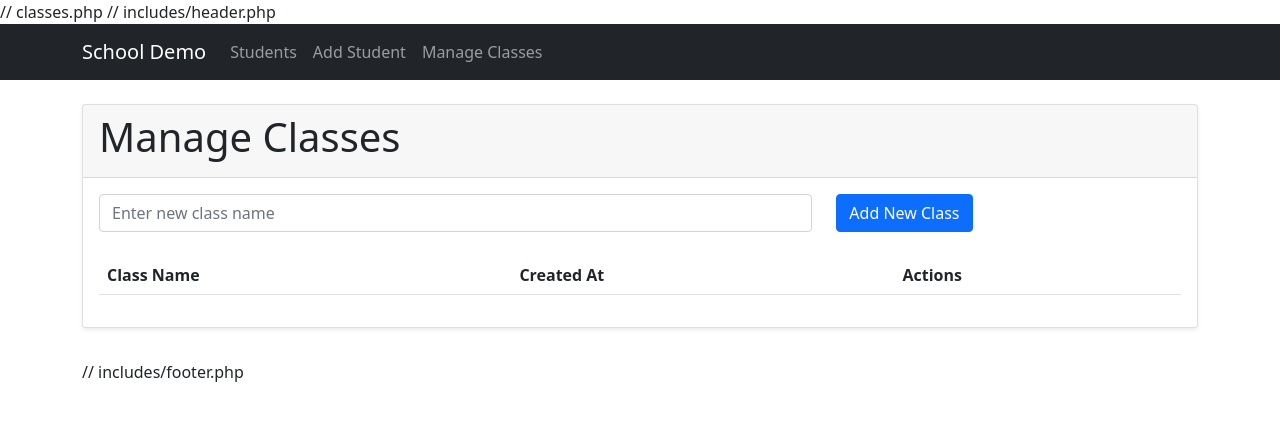
Repository: ASHVAMI/school_demo
Page: http://localhost/classes.php
An editor plug-in stored every save of this project. The page is shown before and after the next save, followed by the edit.
The browser window is 1280 px wide. The pictures show the whole page.
The page is run by PHP 8.4 with error messages shown; the project is at /var/www/html/. Queries for data that is not in the repository find no rows.

Above is the page before, as saved 2024-11-30 23:35:21.

### classes.php
// classes.php
<?php
require_once 'config/database.php';
require_once 'classes/ClassRoom.php';

$classroom = new ClassRoom($pdo);
$classes = $classroom->getAllClasses();

$errors = [];
$success = '';

// Handle class creation
if ($_SERVER['REQUEST_METHOD'] == 'POST' && isset($_POST['action'])) {
    switch ($_POST['action']) {
        case 'create':
            if (!empty($_POST['name'])) {
                if ($classroom->createClass($_POST['name'])) {
                    $success = "Class created successfully";
                    header("Location: classes.php");
                    exit;
                } else {
                    $errors[] = "Error creating class";
                }
            } else {
                $errors[] = "Class name is required";
            }
            break;

        case 'update':
            if (!empty($_POST['name']) && !empty($_POST['class_id'])) {
                if ($classroom->updateClass($_POST['class_id'], $_POST['name'])) {
                    $success = "Class updated successfully";
                    header("Location: classes.php");
                    exit;
                } else {
                    $errors[] = "Error updating class";
                }
            }
            break;

        case 'delete':
            if (!empty($_POST['class_id'])) {
                if ($classroom->deleteClass($_POST['class_id'])) {
                    $success = "Class deleted successfully";
                    header("Location: classes.php");
                    exit;
                } else {
                    $errors[] = "Error deleting class";
                }
            }
            break;
    }
}

include 'includes/header.php';
?>

<div class="card">
    <div class="card-header">
        <h1>Manage Classes</h1>
    </div>
    <div class="card-body">
        <?php if (!empty($errors)): ?>
            <div class="alert alert-danger">
                <ul class="mb-0">
                    <?php foreach ($errors as $error): ?>
                        <li><?php echo htmlspecialchars($error); ?></li>
                    <?php endforeach; ?>
                </ul>
            </div>
        <?php endif; ?>

        <?php if ($success): ?>
            <div class="alert alert-success">
                <?php echo htmlspecialchars($success); ?>
            </div>
        <?php endif; ?>

        <!-- Add New Class Form -->
        <form method="post" class="mb-4">
            <input type="hidden" name="action" value="create">
            <div class="row">
                <div class="col-md-8">
                    <input type="text"
                           name="name"
                           class="form-control"
                           placeholder="Enter new class name"
                           required>
                </div>
                <div class="col-md-4">
                    <button type="submit" class="btn btn-primary">Add New Class</button>
                </div>
            </div>
        </form>

        <!-- Classes List -->
        <table class="table">
            <thead>
                <tr>
                    <th>Class Name</th>
                    <th>Created At</th>
                    <th>Actions</th>
                </tr>
            </thead>
            <tbody>
                <?php foreach ($classes as $class): ?>
                    <tr>
                        <td><?php echo htmlspecialchars($class['name']); ?></td>
                        <td><?php echo date('F j, Y', strtotime($class['created_at'])); ?></td>
                        <td>
                            <button type="button"
                                    class="btn btn-sm btn-warning"
                                    data-bs-toggle="modal"
                                    data-bs-target="#editModal<?php echo $class['class_id']; ?>">
                                Edit
                            </button>
                            <form method="post" class="d-inline">
                                <input type="hidden" name="action" value="delete">
                                <input type="hidden" name="class_id" value="<?php echo $class['class_id']; ?>">
                                <button type="submit"
                                        class="btn btn-sm btn-danger"
                                        onclick="return confirm('Are you sure? This will delete all students in this class!')">
                                    Delete
                                </button>
                            </form>
                        </td>
                    </tr>

                    <!-- Edit Modal for each class -->
                    <div class="modal fade" id="editModal<?php echo $class['class_id']; ?>" tabindex="-1">
                        <div class="modal-dialog">
                            <div class="modal-content">
                                <form method="post">
                                    <input type="hidden" name="action" value="update">
                                    <input type="hidden" name="class_id" value="<?php echo $class['class_id']; ?>">

                                    <div class="modal-header">
                                        <h5 class="modal-title">Edit Class</h5>
                                        <button type="button" class="btn-close" data-bs-dismiss="modal"></button>
                                    </div>
                                    <div class="modal-body">
                                        <div class="mb-3">
                                            <label for="name<?php echo $class['class_id']; ?>" class="form-label">
                                                Class Name
                                            </label>
                                            <input type="text"
                                                   class="form-control"
                                                   id="name<?php echo $class['class_id']; ?>"
                                                   name="name"
                                                   value="<?php echo htmlspecialchars($class['name']); ?>"
                                                   required>
                                        </div>
                                    </div>
                                    <div class="modal-footer">
                                        <button type="button" class="btn btn-secondary" data-bs-dismiss="modal">
                                            Close
                                        </button>
                                        <button type="submit" class="btn btn-primary">Save Changes</button>
                                    </div>
                                </form>
                            </div>
                        </div>
                    </div>
                <?php endforeach; ?>
            </tbody>
        </table>
    </div>
</div>

<?php include 'includes/footer.php'; ?>

### config/database.php

<?php
class Database {
    private $host = "localhost";
    private $db_name = "school_db";
    private $username = "root";
    private $password = "";
    private $conn;

    public function getConnection() {
        $this->conn = null;

        try {
            $this->conn = new PDO(
                "mysql:host=" . $this->host . ";dbname=" . $this->db_name,
                $this->username,
                $this->password
            );
            $this->conn->setAttribute(PDO::ATTR_ERRMODE, PDO::ERRMODE_EXCEPTION);
            $this->conn->setAttribute(PDO::ATTR_DEFAULT_FETCH_MODE, PDO::FETCH_ASSOC);
        } catch(PDOException $e) {
            echo "Connection Error: " . $e->getMessage();
        }

        return $this->conn;
    }
}

$database = new Database();
$pdo = $database->getConnection();
?>

### classes/ClassRoom.php

<?php
class ClassRoom {
    private $conn;
    private $table_name = "classes";

    public function __construct($db) {
        $this->conn = $db;
    }

    public function getAllClasses() {
        $query = "SELECT * FROM " . $this->table_name . " ORDER BY name ASC";
        $stmt = $this->conn->prepare($query);
        $stmt->execute();
        return $stmt->fetchAll();
    }

    public function getClass($id) {
        $query = "SELECT * FROM " . $this->table_name . " WHERE class_id = :id";
        $stmt = $this->conn->prepare($query);
        $stmt->bindParam(":id", $id);
        $stmt->execute();
        return $stmt->fetch();
    }

    public function createClass($name) {
        $query = "INSERT INTO " . $this->table_name . " (name) VALUES (:name)";
        $stmt = $this->conn->prepare($query);
        $stmt->bindParam(":name", $name);
        return $stmt->execute();
    }

    public function updateClass($id, $name) {
        $query = "UPDATE " . $this->table_name . " SET name = :name WHERE class_id = :id";
        $stmt = $this->conn->prepare($query);
        $stmt->bindParam(":name", $name);
        $stmt->bindParam(":id", $id);
        return $stmt->execute();
    }

    public function deleteClass($id) {
        $query = "DELETE FROM " . $this->table_name . " WHERE class_id = :id";
        $stmt = $this->conn->prepare($query);
        $stmt->bindParam(":id", $id);
        return $stmt->execute();
    }
}
?>

### includes/header.php
// includes/header.php
<!DOCTYPE html>
<html lang="en">
<head>
    <meta charset="UTF-8">
    <meta name="viewport" content="width=device-width, initial-scale=1.0">
    <title>School Management System</title>
    <link href="https://cdn.jsdelivr.net/npm/bootstrap@5.1.3/dist/css/bootstrap.min.css" rel="stylesheet">
    <link href="assets/css/style.css" rel="stylesheet">
</head>
<body>
    <nav class="navbar navbar-expand-lg navbar-dark bg-dark mb-4">
        <div class="container">
            <a class="navbar-brand" href="index.php">School Demo</a>
            <button class="navbar-toggler" type="button" data-bs-toggle="collapse" data-bs-target="#navbarNav">
                <span class="navbar-toggler-icon"></span>
            </button>
            <div class="collapse navbar-collapse" id="navbarNav">
                <ul class="navbar-nav">
                    <li class="nav-item">
                        <a class="nav-link" href="index.php">Students</a>
                    </li>
                    <li class="nav-item">
                        <a class="nav-link" href="create.php">Add Student</a>
                    </li>
                    <li class="nav-item">
                        <a class="nav-link" href="classes.php">Manage Classes</a>
                    </li>
                </ul>
            </div>
        </div>
    </nav>
    <div class="container">

### includes/footer.php
// includes/footer.php
    </div>
    <script src="https://cdn.jsdelivr.net/npm/bootstrap@5.1.3/dist/js/bootstrap.bundle.min.js"></script>
    <script src="assets/js/main.js"></script>
</body>
</html>

### assets/css/style.css

.student-image {
    max-width: 150px;
    height: auto;
}

.image-preview {
    max-width: 200px;
    margin-top: 10px;
    display: none;
}

.table-responsive {
    margin-bottom: 1rem;
}

.form-group {
    margin-bottom: 1rem;
}

.alert {
    margin-bottom: 1rem;
}

.card {
    margin-bottom: 2rem;
    box-shadow: 0 0.125rem 0.25rem rgba(0, 0, 0, 0.075);
}

.btn-group-sm > .btn, .btn-sm {
    padding: 0.25rem 0.5rem;
    font-size: 0.875rem;
    border-radius: 0.2rem;
}

.navbar {
    margin-bottom: 2rem;
}

.invalid-feedback {
    display: none;
    width: 100%;
    margin-top: 0.25rem;
    font-size: 80%;
    color: #dc3545;
}

.was-validated .form-control:invalid ~ .invalid-feedback {
    display: block;
}

### assets/js/main.js

document.addEventListener('DOMContentLoaded', function() {
    // Preview image before upload
    const imageInput = document.querySelector('input[type="file"]');
    const imagePreview = document.querySelector('.image-preview');

    if (imageInput && imagePreview) {
        imageInput.addEventListener('change', function() {
            const file = this.files[0];
            if (file) {
                const reader = new FileReader();
                reader.onload = function(e) {
                    imagePreview.src = e.target.result;
                    imagePreview.style.display = 'block';
                }
                reader.readAsDataURL(file);
            }
        });
    }

    // Form validation
    const forms = document.querySelectorAll('.needs-validation');
    forms.forEach(form => {
        form.addEventListener('submit', function(event) {
            if (!form.checkValidity()) {
                event.preventDefault();
                event.stopPropagation();
            }
            form.classList.add('was-validated');
        });
    });
});

After the next save:
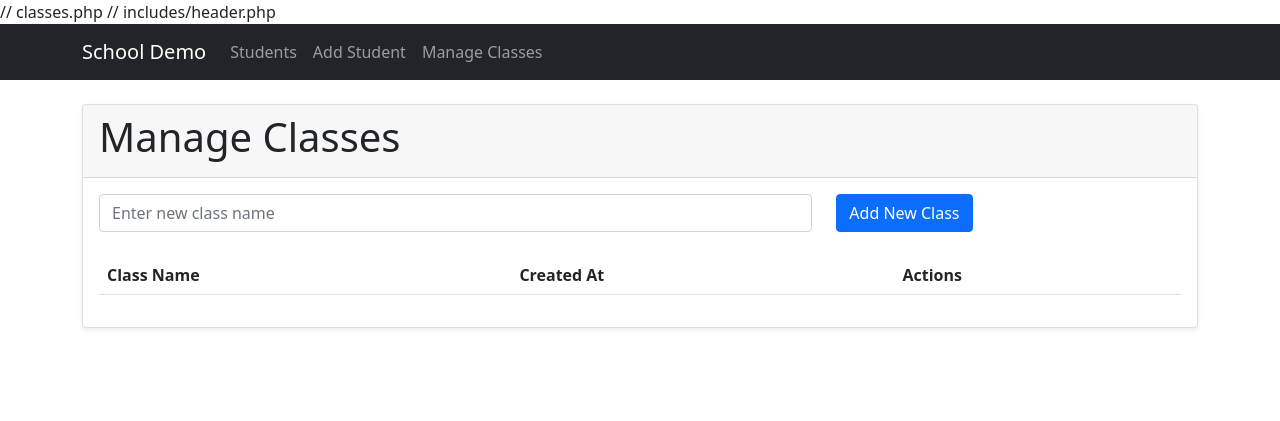
Saved 7 s later.
--- a/includes/footer.php
+++ b/includes/footer.php
@@ -1,4 +1,4 @@
-// includes/footer.php
+
     </div>
     <script src="https://cdn.jsdelivr.net/npm/bootstrap@5.1.3/dist/js/bootstrap.bundle.min.js"></script>
     <script src="assets/js/main.js"></script>
